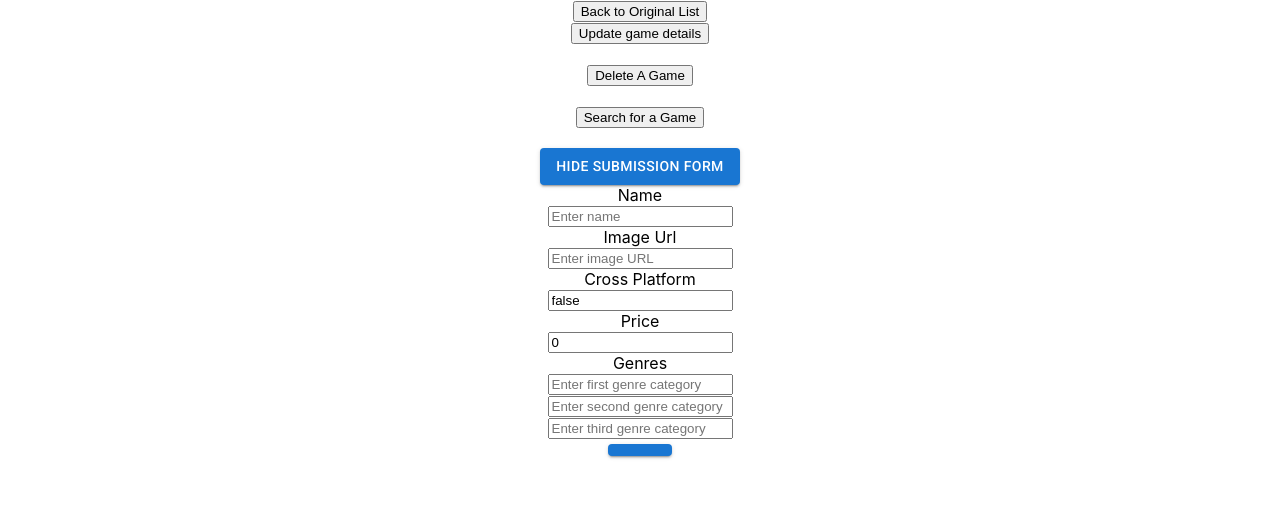
Repository: The-Software-Guild/assessment-2-react-nj10deadend
Page: / (app in Part-2/React-section/frontend/), after clicking the first element matching `button.MuiButtonBase-root`
The author's editor kept a copy of each file at every save. The page is drawn from the files as they stood at one save, then again after the next save.
The browser window is 1280 px wide. The pictures show the whole page.
The page's requests for data from a server got no answer. The project was rebuilt for these pictures with package versions that can differ from the ones it lists, and the page was loaded fresh each time. No one was signed in, and anything a server would have sent is missing. Also part of the build but not shown: Part-2/React-section/frontend/src/components/GameCards.js.

Above is the page before, as saved 2021-12-19 16:10:20.

### Part-2/React-section/frontend/public/index.html
<!DOCTYPE html>
<html lang="en">
  <head>
    <meta charset="utf-8" />
    <link rel="icon" href="%PUBLIC_URL%/favicon.ico" />
    <meta name="viewport" content="width=device-width, initial-scale=1" />
    <meta name="theme-color" content="#000000" />
    <meta name="viewport" content="initial-scale=1, width=device-width" />
    <meta
      name="description"
      content="Web site created using create-react-app"
    />
    <link rel="apple-touch-icon" href="%PUBLIC_URL%/logo192.png" />
    <!--
      manifest.json provides metadata used when your web app is installed on a
      user's mobile device or desktop. See https://developers.google.com/web/fundamentals/web-app-manifest/
    -->
    <link rel="manifest" href="%PUBLIC_URL%/manifest.json" />
    <!--
      Notice the use of %PUBLIC_URL% in the tags above.
      It will be replaced with the URL of the `public` folder during the build.
      Only files inside the `public` folder can be referenced from the HTML.

      Unlike "/favicon.ico" or "favicon.ico", "%PUBLIC_URL%/favicon.ico" will
      work correctly both with client-side routing and a non-root public URL.
      Learn how to configure a non-root public URL by running `npm run build`.
    -->
    <link
      rel="stylesheet"
      href="https://fonts.googleapis.com/css?family=Roboto:300,400,500,700&display=swap"
    />
    <link
      rel="stylesheet"
      href="https://fonts.googleapis.com/icon?family=Material+Icons"
    />
    <title>React App</title>
  </head>
  <body>
    <noscript>You need to enable JavaScript to run this app.</noscript>
    <div id="root"></div>
    <!--
      This HTML file is a template.
      If you open it directly in the browser, you will see an empty page.

      You can add webfonts, meta tags, or analytics to this file.
      The build step will place the bundled scripts into the <body> tag.

      To begin the development, run `npm start` or `yarn start`.
      To create a production bundle, use `npm run build` or `yarn build`.
    -->
  </body>
</html>

### Part-2/React-section/frontend/src/index.css
body {
  margin: 0;
  font-family: -apple-system, BlinkMacSystemFont, 'Segoe UI', 'Roboto', 'Oxygen',
    'Ubuntu', 'Cantarell', 'Fira Sans', 'Droid Sans', 'Helvetica Neue',
    sans-serif;
  -webkit-font-smoothing: antialiased;
  -moz-osx-font-smoothing: grayscale;
}

code {
  font-family: source-code-pro, Menlo, Monaco, Consolas, 'Courier New',
    monospace;
}

.imgs {
  height: 250px;
  width: 250px;
}

### Part-2/React-section/frontend/src/App.js
import './App.css';
import Home from './components/Home';
import AddGameForm from './components/AddGameForm';
import GameSearch from './components/GameSearch';
import UpdateGame from './components/UpdateGame';
import DeleteGame from './components/DeleteGame';
import axios from 'axios';
import {useState, useEffect} from 'react';
import Container from '@mui/material/Container';

// import {Container} from '@mui/material';
// import Button from '@mui/material/Button';
// import Typography from '@mui/material/Typography';

function App() {

  const [gameData, setGameData] = useState([]);

  function getFetchGameServer () {
    axios.get(`http://localhost:8080/allGames`)
      .then(res => {
        setGameData(res.data)
      })

  }

  useEffect(getFetchGameServer, []);

  return (
    // <div className="App">
    <Container className="App">

      <button onClick={getFetchGameServer}>Back to Original List</button>
      <UpdateGame getFetchGameServer={getFetchGameServer}/>
      <br></br>
      <DeleteGame getFetchGameServer={getFetchGameServer} />
      <br></br>
      <GameSearch setGameData={setGameData}/>
      <br></br>
      <AddGameForm setGameData={setGameData}/>


      <Home gameData={gameData}/>

    </Container>

  );
}

export default App;

### Part-2/React-section/frontend/src/components/Home.js
import GameCards from "./GameCards";


function Home ({gameData}) {

    const renderGameData = gameData.map(eachGame => {
        // console.log(eachGame._id);
        return (
            <GameCards key={eachGame._id} eachGame={eachGame} />
        )
    })
    return (
        <div>
            {renderGameData}

        </div>
    )
}

export default Home;

### Part-2/React-section/frontend/src/components/AddGameForm.js
import {useState, useEffect} from 'react';
import axios from 'axios';
import Button from '@mui/material/Button';

function AddGameForm ({setGameData}) {

    const [clicked, setClicked] = useState(false);
    const [submitted, setSubmitted] = useState(false);
    const [name, setName] = useState("");
    const [img, setImg] = useState("");
    const [crossPlatform, setCrossPlatform] = useState(false);
    const [price, setPrice] = useState(0);
    const [genres, setGenres] = useState(["", "", ""]);
    const buttonText = clicked ? "Hide Submission Form" : "Click to Submit a New Game"

    function postRequest() {
        return axios.post('http://localhost:8080/allGames', {
            name: name,
            img: img,
            cross_platform: crossPlatform,
            price: price,
            genres: genres
        })
        .then(function (response) {
            console.log(response);
            return response.data;
        })
        .catch(function (error) {
            console.log(error);
            return null;
        });
    }

    async function onSubmit(event) {
        event.preventDefault();
        setName("");
        setImg("");
        setCrossPlatform("");
        setPrice("");
        setGenres(["", "", ""]);
        const newGame = await postRequest();
        console.log(newGame);
        setGameData((oldInfo)=> {
            console.log(oldInfo)
            return [...oldInfo, newGame]
        })
    }

    return (
        <div>
            <Button variant="contained" onClick={() => {setClicked(!clicked)}}>{buttonText}</Button>
            {clicked && (
                <form onSubmit={onSubmit}>
                    <div>
                        <label for="name">Name</label>
                        <br></br>
                        <input type="text" name="name" placeholder="Enter name" id="name"
                        value={name} onChange={(event) => {setName(event.target.value)}}/>
                    </div>
                    <div>
                        <label for="img">Image Url</label>
                        <br></br>
                        <input type="text" name="img" placeholder="Enter image URL" id="img"
                        value={img} onChange={(event) => {setImg(event.target.value)}}/>
                    </div>
                    <div>
                        <label for="cross platform">Cross Platform</label>
                        <br></br>
                        <input type="text" name="cross platform" placeholder="Enter true or false" id="cross_platform"
                        value={crossPlatform} onChange={(event) => {setCrossPlatform(event.target.value)}}/>
                    </div>
                    <div>
                        <label for="price">Price</label>
                        <br></br>
                        <input type="text" name="price" placeholder="Enter price of game" id="price"
                        value={price} onChange={(event) => {setPrice(event.target.value)}} />
                    </div>
                    <div>
                        <label for="genres">Genres</label>
                        <br></br>
                        <input type="text" name="genre1" placeholder="Enter first genre category" id="genre1"
                        value={genres[0]} onChange={(event) => {setGenres([event.target.value, genres[1], genres[2]])}}/>
                        <br></br>
                        <input type="text" name="genre2" placeholder="Enter second genre category" id="genre2"
                        value={genres[1]} onChange={(event) => {setGenres([genres[0], event.target.value, genres[2] ])}}/>
                        <br></br>
                        <input type="text" name="genre3" placeholder="Enter third genre category" id="genre3"
                        value={genres[2]} onChange={(event) => {setGenres([genres[0], genres[1], event.target.value])}}/>
                    </div>
                    <Button variant="contained" type="submit" value="Submit new Game"></Button>

                </form>
            )}


        </div>
    )
}

export default AddGameForm;

### Part-2/React-section/frontend/src/components/GameSearch.js
import {useState} from 'react';
import axios from 'axios';

function GameSearch ({setGameData}) {

    const [searchId, setSearchId] = useState("");
    const [clicked, setClicked] = useState(false);

    const searchGameText = clicked ? "Hide Search Form" : "Search for a Game"

    function getFetchOneGame () {
        axios.get(`http://localhost:8080/allGames/${searchId}`)
          .then(res => {
            setGameData([res.data])
        })

    }

    function onSearch(event) {
        event.preventDefault()
        setSearchId("");
        getFetchOneGame();
    }

    return (
        <div>
            <button onClick={() => {setClicked(!clicked)}}>{searchGameText}</button>
            {clicked && (
                <form onSubmit={onSearch}>
                    <input type="text" placeholder="Search for game by id..."
                    onChange={(event) => {setSearchId(event.target.value)}}
                    value = {searchId}
                    />
                    <input type="submit" value="Submit" />
                </form>
            )}
        </div>
    )
}

export default GameSearch;

### Part-2/React-section/frontend/src/components/UpdateGame.js
import {useState} from 'react';
import axios from 'axios';

function UpdateGame ({getFetchGameServer}) {
    const [name, setName] = useState("");
    const [img, setImg] = useState("");
    const [crossPlatform, setCrossPlatform] = useState("");
    const [price, setPrice] = useState("");
    const [genres, setGenres] = useState(["", "", ""]);

    const [clicked, setClicked] = useState(false);
    const [searchId, setSearchId] = useState("");

    const updateButtonText = clicked ? "Hide Update Form" : "Update game details"

    async function patchRequest () {
        await axios.patch(`http://localhost:8080/allGames/update/${searchId}`,  {
            name: name,
            img: img,
            cross_platform: crossPlatform,
            price: price,
            genres: genres
        })
    }

    async function updateChanges (event) {
        event.preventDefault();
        await patchRequest();
        getFetchGameServer();
        setSearchId("");
        setName("");
        setImg("");
        setCrossPlatform("");
        setPrice("");
    }
    return (
        <div>
            <button onClick={() => {setClicked(!clicked)}}>{updateButtonText}</button>
                {clicked && (
                    <div>
                        <form onSubmit={updateChanges}>
                            <div>
                                <h2>Enter Game ID</h2>
                                <label for="game-id">Game ID</label>
                                <br></br>
                                <input name="game-id" type="text" placeholder="Enter Game ID"
                                onChange={(event) => {setSearchId(event.target.value)}}
                                value = {searchId}
                                />
                            </div>
                            <div>
                                <label for="name">Name</label>
                                <br></br>
                                <input type="text" name="name" placeholder="Enter name" id="name"
                                value={name} onChange={(event) => {setName(event.target.value)}}/>
                            </div>
                            <div>
                                <label for="img">Image Url</label>
                                <br></br>
                                <input type="text" name="img" placeholder="Enter image URL" id="img"
                                value={img} onChange={(event) => {setImg(event.target.value)}}/>
                            </div>
                            <div>
                                <label for="cross platform">Cross Platform</label>
                                <br></br>
                                <input type="text" name="cross platform" placeholder="Enter true or false" id="cross_platform"
                                value={crossPlatform} onChange={(event) => {setCrossPlatform(event.target.value)}}/>
                            </div>
                            <div>
                                <label for="price">Price</label>
                                <br></br>
                                <input type="text" name="price" placeholder="Enter price of game" id="price"
                                value={price} onChange={(event) => {setPrice(event.target.value)}} />
                            </div>
                            <div>
                                <label for="genres">Genres</label>
                                <br></br>
                                <input type="text" name="genre1" placeholder="Enter first genre category" id="genre1"
                                value={genres[0]} onChange={(event) => {setGenres([event.target.value, genres[1], genres[2]])}}/>
                                <br></br>
                                <input type="text" name="genre2" placeholder="Enter second genre category" id="genre2"
                                value={genres[1]} onChange={(event) => {setGenres([genres[0], event.target.value, genres[2] ])}}/>
                                <br></br>
                                <input type="text" name="genre3" placeholder="Enter third genre category" id="genre3"
                                value={genres[2]} onChange={(event) => {setGenres([genres[0], genres[1], event.target.value])}}/>
                            </div>
                            <input type="submit" value="Submit Changes"/>

                        </form>
                    </div>
                )}


        </div>
    )
}

export default UpdateGame;

### Part-2/React-section/frontend/src/components/DeleteGame.js
import axios from 'axios';
import {useState} from 'react';

function DeleteGame ({getFetchGameServer}) {

    const [searchId, setSearchId] = useState("");
    const [clicked, setClicked] = useState(false);

    const deleteText = clicked ? "Hide Delete Form" : "Delete A Game"

    async function deleteGame () {
        await axios.delete(`http://localhost:8080/allGames/delete/${searchId}`)
    }

    async function onSubmit (event) {
        event.preventDefault();
        await deleteGame();
        getFetchGameServer();

    }
    return (
        <div>
            <button onClick={() => {setClicked(!clicked)}}>{deleteText}</button>
            {clicked && (
                <form onSubmit={onSubmit}>
                    <div>
                        <input name="game-id" type="text" placeholder="Enter Game ID"
                        onChange={(event) => {setSearchId(event.target.value)}}
                        value = {searchId}
                        />
                    </div>
                    <div>
                        <input type="submit" value="Delete Game"/>
                    </div>
                </form>
            )}

        </div>
    )
}
export default DeleteGame;

Loaded but not shown: Part-2/React-section/frontend/src/index.js (common file); Part-2/React-section/frontend/src/reportWebVitals.js (common file); Part-2/React-section/frontend/src/App.css (common file)

After the next save:
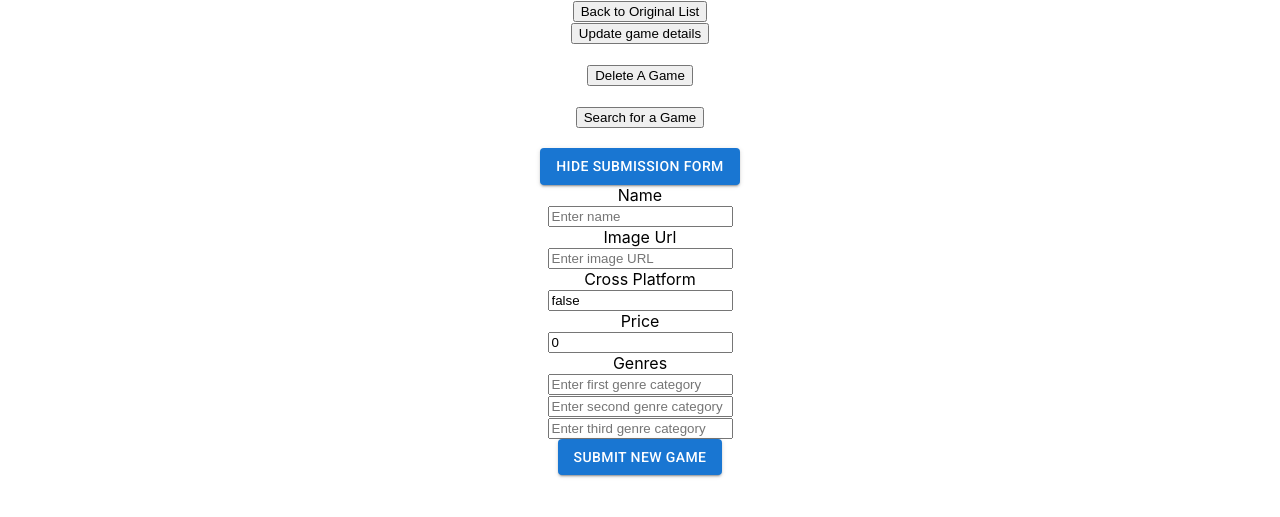
Saved 28 s later.
--- a/Part-2/React-section/frontend/src/components/AddGameForm.js
+++ b/Part-2/React-section/frontend/src/components/AddGameForm.js
@@ -87,7 +87,7 @@ function AddGameForm ({setGameData}) {
                         <input type="text" name="genre3" placeholder="Enter third genre category" id="genre3"
                         value={genres[2]} onChange={(event) => {setGenres([genres[0], genres[1], event.target.value])}}/>
                     </div>
-                    <Button variant="contained" type="submit" value="Submit new Game"></Button>
+                    <Button variant="contained" type="submit">Submit new Game</Button>
 
                 </form>
             )}
